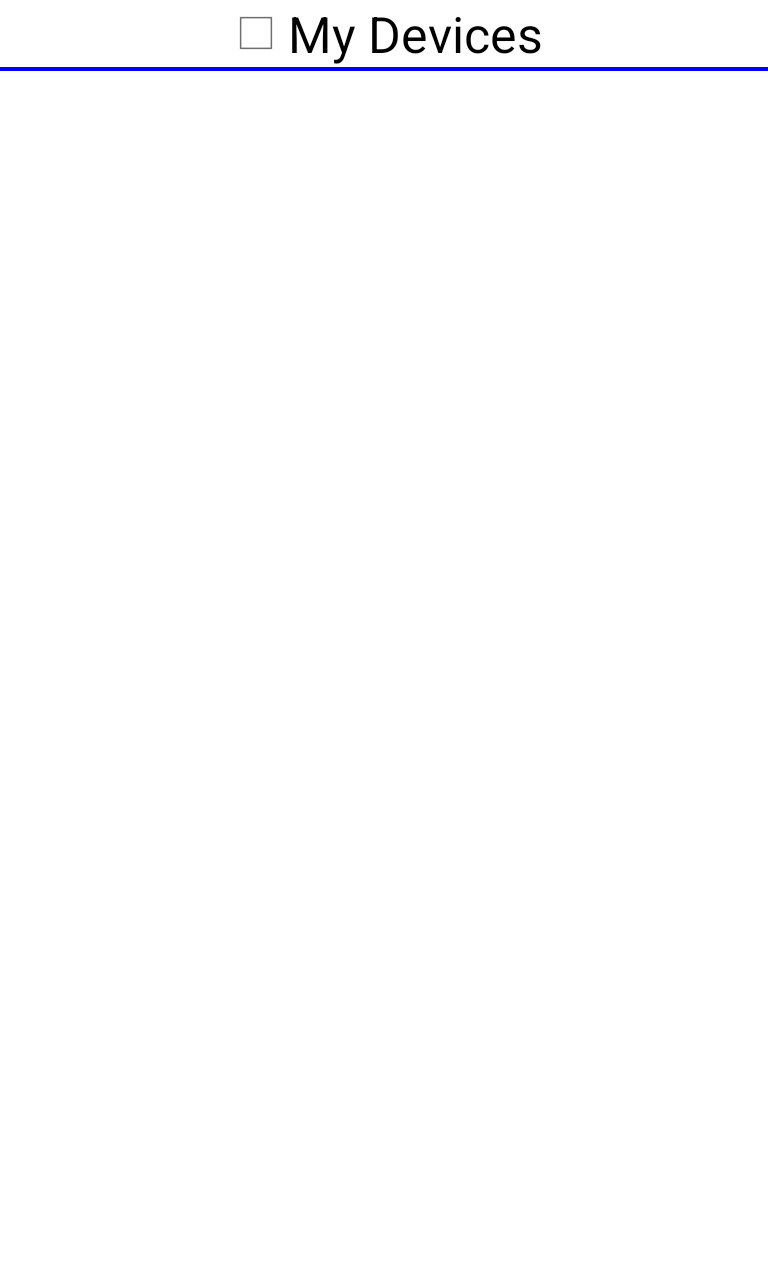
Repository: ArisKots1992/Software-Development
Layout: Anaptiksi Logismikou/Anaptiksi Logismikou/AdminClientApplication/res/layout/first_tab.xml
An editor plug-in stored every save of this project. The layout is shown before and after the next save, followed by the edit.
It is drawn on a 768 x 1280 px phone screen (xhdpi) without system bars, with theme AppTheme; the app's code is not run. Lists and similar views that code fills are empty.

Above is the layout before, as saved 2015-01-19 13:22:55.

After the next save:
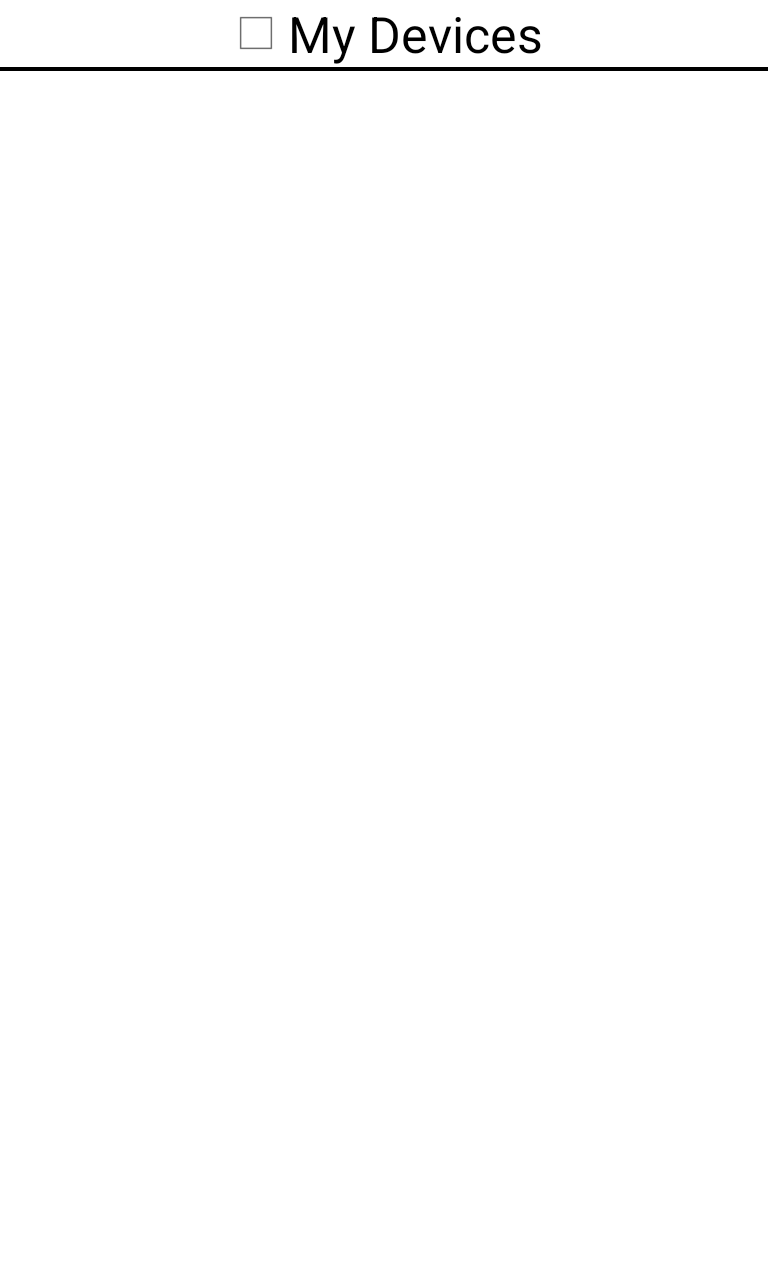
Saved 6 s later.
--- a/Anaptiksi Logismikou/Anaptiksi Logismikou/AdminClientApplication/res/layout/first_tab.xml
+++ b/Anaptiksi Logismikou/Anaptiksi Logismikou/AdminClientApplication/res/layout/first_tab.xml
@@ -14,7 +14,7 @@
     			<View
     				android:layout_width="fill_parent"
     				android:layout_height="2dp"
-    				android:background="#FF0000FF" />
+    				android:background="#000000" />
    <ListView
         android:id="@+id/listView"
         android:layout_height="wrap_content"
